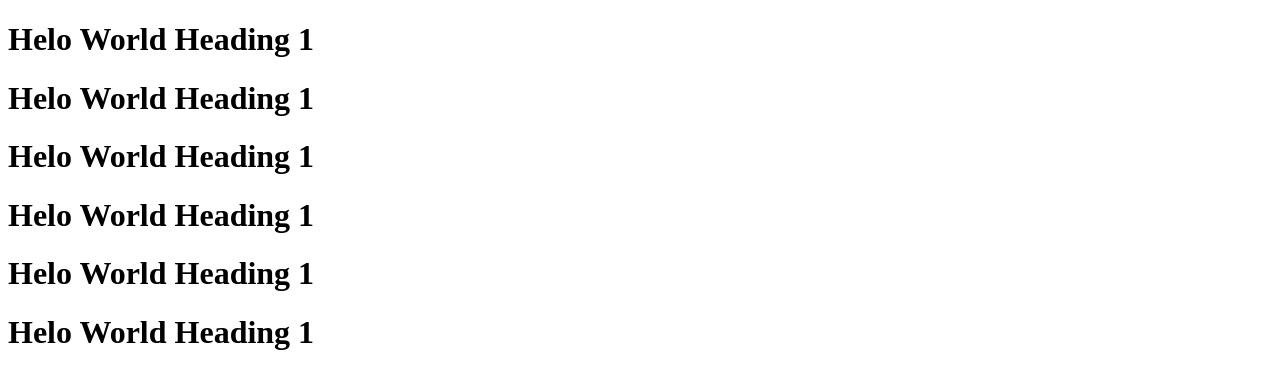
Repository: Gibekkk/WebPro
Page: Tugas HTML 1/index.html
These files come from the project's save history. The page is drawn as it stood at one moment and after the next save; the edit follows.
The browser window is 1280 px wide. The pictures show the whole page.

Above is the page before, as saved 2024-03-25 09:25:21.

After the next save:
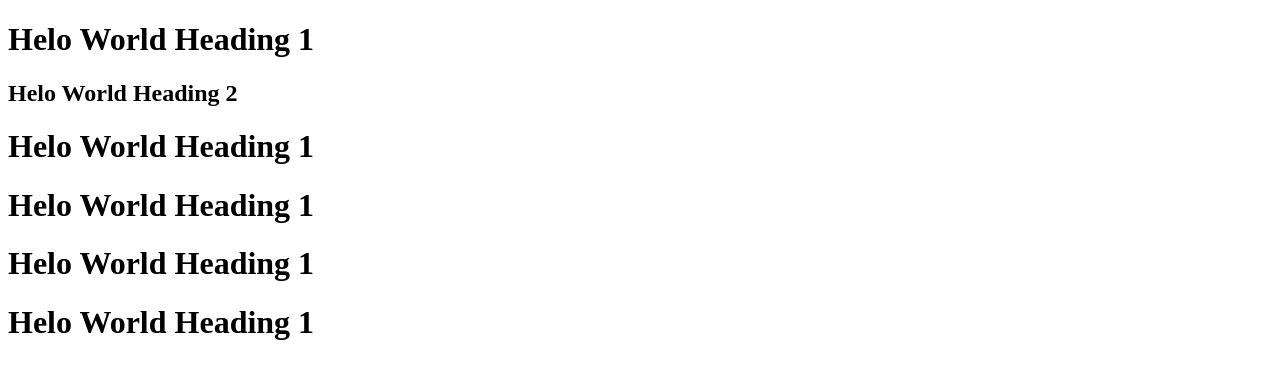
Saved 5 s later.
--- a/Tugas HTML 1/index.html
+++ b/Tugas HTML 1/index.html
@@ -9,7 +9,7 @@
 
 <body>
     <h1>Helo World Heading 1</h1>
-    <h1>Helo World Heading 1</h1>
+    <h2>Helo World Heading 2</h2>
     <h1>Helo World Heading 1</h1>
     <h1>Helo World Heading 1</h1>
     <h1>Helo World Heading 1</h1>
